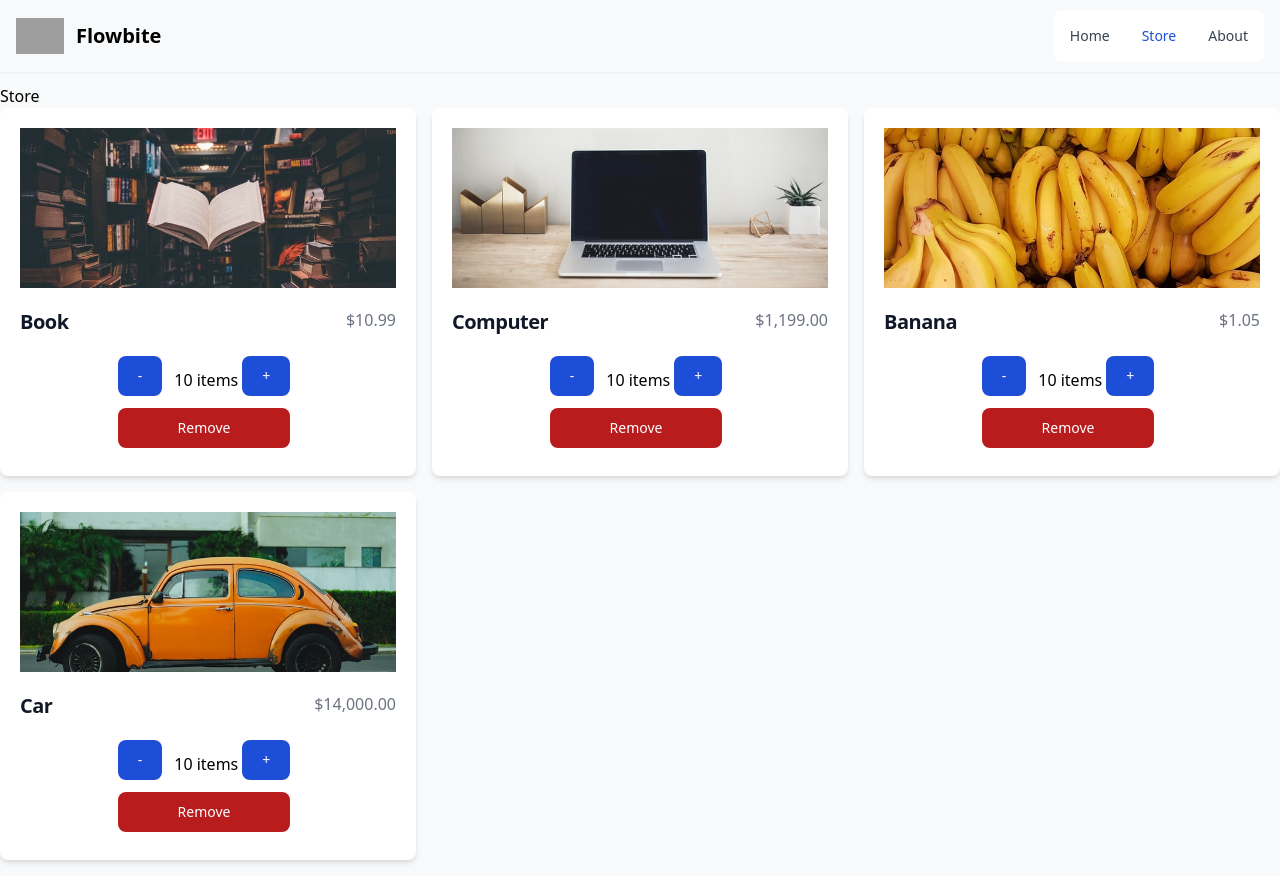
Repository: ducanhaep/react-ts-shopping-cart
Page: /store
An editor plug-in stored every save of this project. The page is shown before and after a run of saves, followed by the edit.
The browser window is 1280 px wide. The pictures show the whole page.
Pictures or frames that could not be fetched are drawn as grey boxes. The project was rebuilt for these pictures with package versions that can differ from the ones it lists, and the page was loaded fresh each time. Also part of the build but not shown: vite.config.ts, src/pages/About.js, src/pages/Home.js.

Above is the page before, as saved 2023-01-11 20:08:33.

After the next 2 saves:
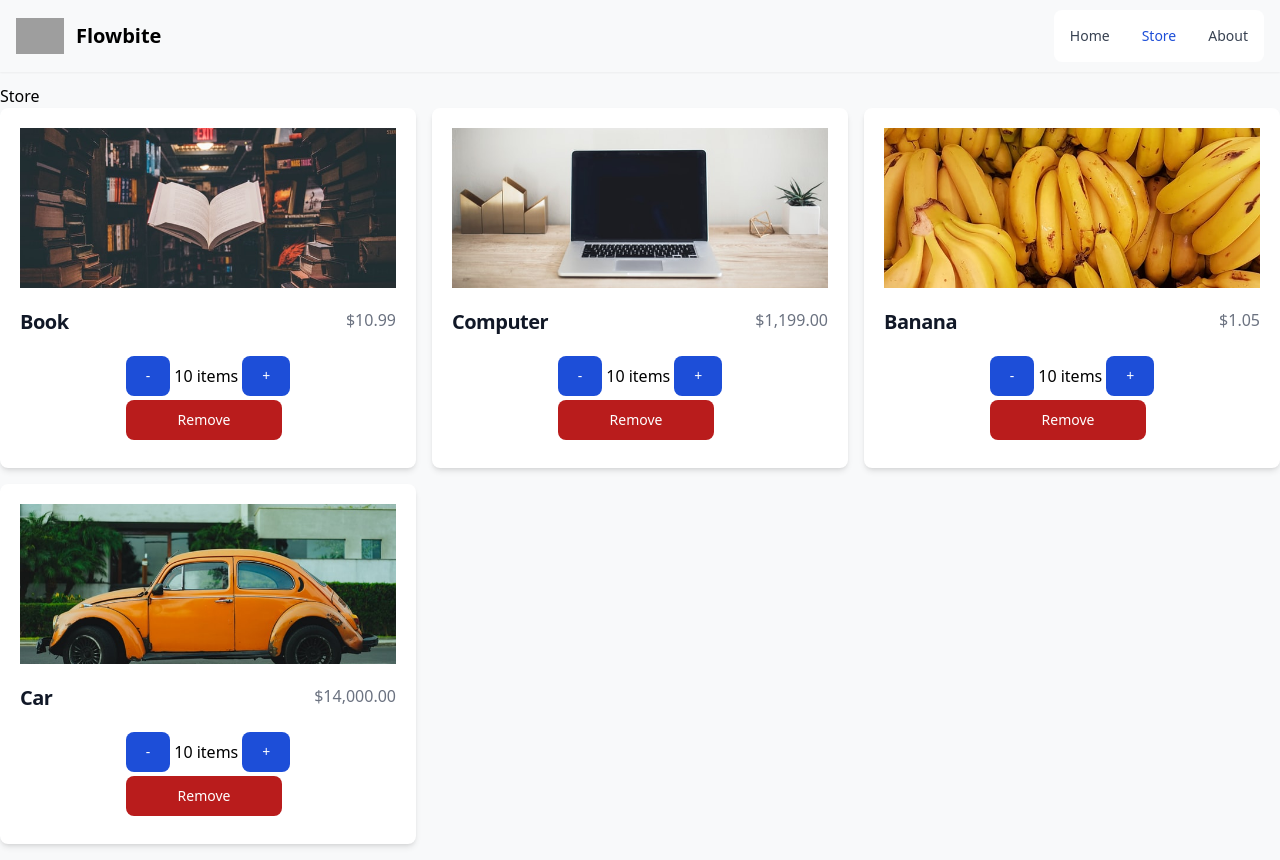
The 2 saves are shown as one change because 1 did not build or start.
The last was saved 25 s later.
--- a/src/components/StoreItem.tsx
+++ b/src/components/StoreItem.tsx
@@ -42,14 +42,14 @@ export function StoreItem({ id, name, price, imgUrl }: StoreItemProps) {
               <div className="flex justify-center items-center gap-1">
                 <button
                   type="button"
-                  className="text-white bg-blue-700 hover:bg-blue-800 font-medium rounded-lg text-sm px-5 py-2.5 mr-2 mb-2 "
+                  className="text-white bg-blue-700 hover:bg-blue-800 font-medium rounded-lg text-sm px-5 py-2.5"
                 >
                   -
                 </button>
                 <p className="basic-full">10 items</p>
                 <button
                   type="button"
-                  className="text-white bg-blue-700 hover:bg-blue-800 font-medium rounded-lg text-sm px-5 py-2.5 mr-2 mb-2 "
+                  className="text-white bg-blue-700 hover:bg-blue-800 font-medium rounded-lg text-sm px-5 py-2.5 "
                 >
                   +
                 </button>
